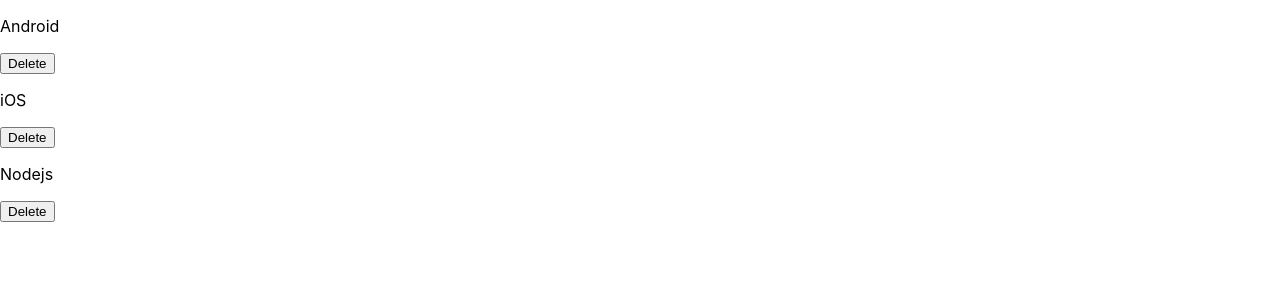
Repository: vuvuongvi/redux-tutorial
Page: / (app in redux-helloword/)
These files come from the project's save history. The page is drawn as it stood at one moment and after the next save; the edit follows.
The browser window is 1280 px wide. The pictures show the whole page.
The project was rebuilt for these pictures with package versions that can differ from the ones it lists, and the page was loaded fresh each time.

Above is the page before, as saved 2020-03-25 04:32:55.

After the next save:
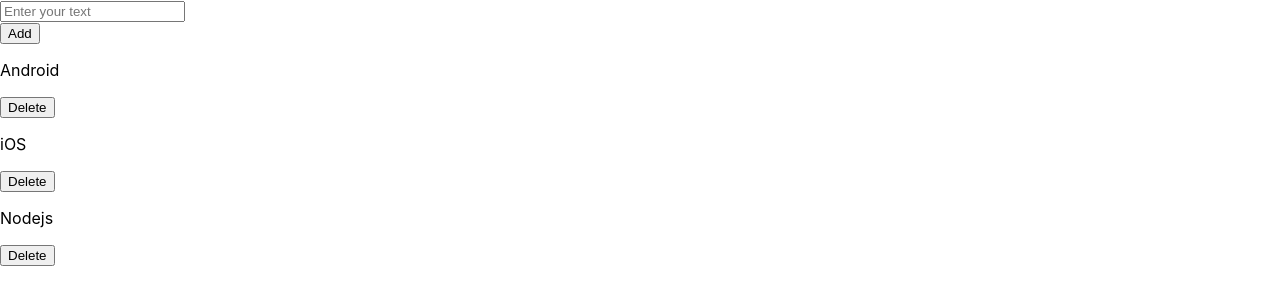
Saved 23 s later.
--- a/redux-helloword/src/components/List.js
+++ b/redux-helloword/src/components/List.js
@@ -16,6 +16,7 @@ class List extends React.Component {
     render() {
         return (
             <div>
+                <NoteForm/>
                 {this.state.mang.map((e, i) => <Note
                 index={i}
                 handleRemove={this.remove.bind(this)}
